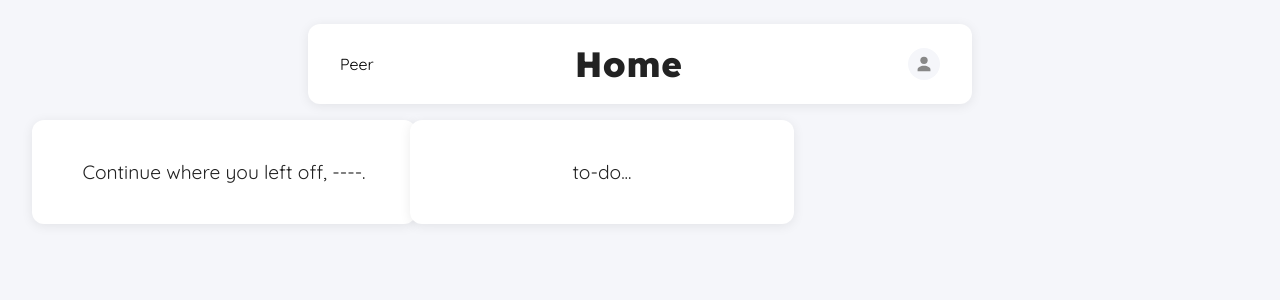
Repository: saifg123/Peer
Page: home.html
The author's editor kept a copy of each file at every save. The page is drawn from the files as they stood at one save, then again after the next save.
The browser window is 1280 px wide. The pictures show the whole page.

Above is the page before, as saved 2025-05-24 20:00:03.

### home.html
<!DOCTYPE html>
<script>
    document.addEventListener('DOMContentLoaded', function() {
        const box = document.querySelector('.continue-box');
        if (box) {
            box.style.cursor = 'pointer';
            box.addEventListener('click', function() {
                window.location.href = 'app.html';
            });
        }
    });
</script>
<html lang="en">
<head>
    <link href="https://fonts.googleapis.com/css2?family=Lexend:wght@100..900&family=Quicksand:wght@300..700&family=Rubik:ital,wght@0,300..900;1,300..900&display=swap" rel="stylesheet">
    <meta charset="UTF-8">
    <title>Peer - Home</title>
    <style>
        .header {
            display: flex;
            align-items: center;
            justify-content: space-between;
            background: #fff;
            padding: 18px 32px;
            border-radius: 12px;
            box-shadow: 0 2px 12px rgba(0,0,0,0.08);
            position: absolute;
            top: 0;
            left: 0;
            right: 0;
            margin: 24px auto 0 auto;
            max-width: 600px;
        }
        .header-title {
            display: flex;
            align-items: center;
            gap: 16px;
        }
        .header-placeholder {
            font-family: 'Lexend', sans-serif;
            font-size: 2.1rem;
            font-weight: 800;
            color: #fff;
            background: #222;
            width: 44px;
            height: 44px;
            display: flex;
            align-items: center;
            justify-content: center;
            border-radius: 50%;
            margin-right: 18px;
            letter-spacing: 1px;
            box-shadow: 0 2px 8px rgba(0,0,0,0.07);
        }
        .header-home {
            font-family: 'Lexend', sans-serif;
            font-size: 2.2rem;
            font-weight: 800;
            color: #222;
            margin-left: 185px;
            letter-spacing: 0.5px;
        }
        .guest-icon {
            width: 32px;
            height: 32px;
            display: flex;
            align-items: center;
            justify-content: center;
            background: #f5f6fa;
            border-radius: 50%;
            margin-left: 16px;
        }
        .guest-icon svg {
            width: 22px;
            height: 22px;
            fill: #888;
        }
    </style>
    <style>
        body {
            background: #f5f6fa;
            font-family: 'Quicksand', sans-serif;
            margin: 0;
            padding: 0;
            min-height: 100vh;
            display: flex;
            align-items: center;
            justify-content: center;
        }
        .continue-box {
            background: #fff;
            border-radius: 12px;
            box-shadow: 0 2px 12px rgba(0,0,0,0.08);
            padding: 40px 32px;
            min-width: 320px;
            text-align: center;
            position: absolute;
            top: 120px;
            left: 32px;
            font-size: 1.2rem;
            color: #222;
        }
        .continue-box:hover {
            background: #e0e0e0;
            transition: background 0.3s ease;
        }
        .to-do-box {
            background: #fff;
            border-radius: 12px;
            box-shadow: 0 2px 12px rgba(0,0,0,0.08);
            padding: 40px 32px;
            min-width: 320px;
            min-height: 24px;
            text-align: center;
            position: absolute;
            top: 120px;
            left: 400px;
            font-size: 1.2rem;
            color: #222;
            display: flex;
            align-items: center;
            justify-content: center;
            margin-left: 10px;
        }
        .to-do-box:hover {
            background: #e0e0e0;
            transition: background 0.3s ease;
        }
    </style>
</head>
<body>
    <div class="header">
        <div class="header-title">
            Peer
            <span class="header-home">Home</span>
        </div>
        <div class="guest-icon">
            <svg viewBox="0 0 24 24">
                <circle cx="12" cy="8" r="4"/>
                <path d="M12 14c-4 0-7 2-7 4v2h14v-2c0-2-3-4-7-4z"/>
            </svg>
        </div>
    </div>
    <div class="continue-box">
        Continue where you left off, ----.
    </div>
    <div class="to-do-box">
        to-do...
    </div>
</body>
</html>

After the next save:
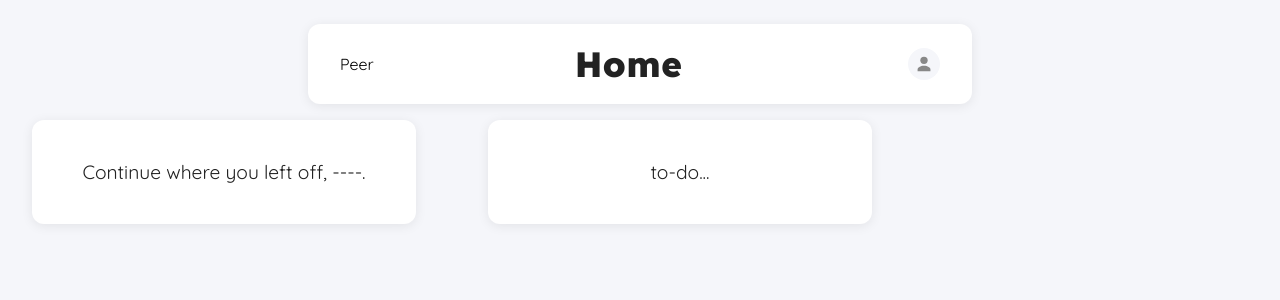
Saved 8 s later.
--- a/home.html
+++ b/home.html
@@ -120,7 +120,7 @@
             display: flex;
             align-items: center;
             justify-content: center;
-            margin-left: 10px;
+            margin-left: 88px;
         }
         .to-do-box:hover {
             background: #e0e0e0;
